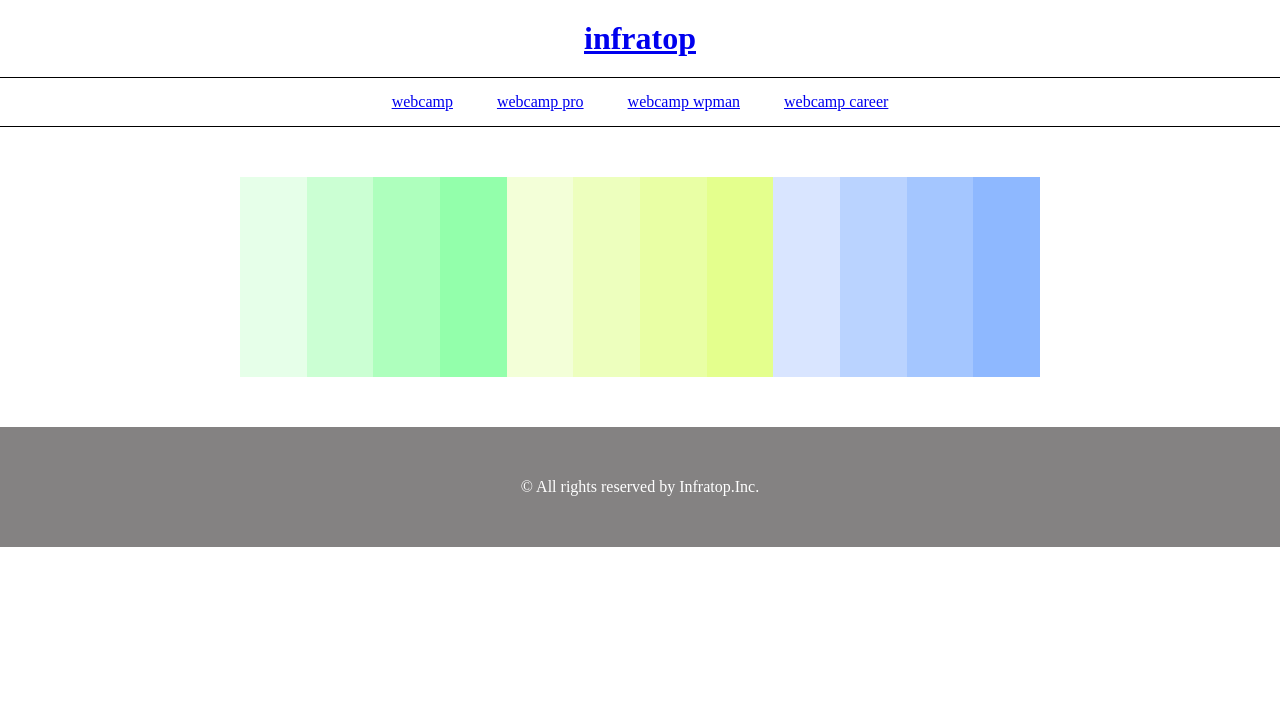
Repository: Y-takumi0/DMMwebcamp
Page: exercise/chapter5.html
The author's editor kept a record of every edit. The page is drawn from the files as they stood at one moment, then again after the next edit.
The browser window is 1280 px wide. The pictures show the whole page.

Above is the page before.

### exercise/chapter5.html
<!DOCTYPE html>
<!DOCTYPE html>
<html lang="ja">
  <head>
    <meta charset="UTF-8" />
    <link rel="stylesheet" href="chapter5.css" />
    <title>chapter5</title>
  </head>

  <body>
    <header>
      <h1 class="heading">
        <a href="chapter5.html">
          infratop
        </a>
      </h1>
    </header>

    <nav>
      <ul class="nav-list">
        <li class="nav-list-item">
          <a href="chapter5.html">webcamp</a>
        </li>
        <li class="nav-list-item">
          <a href="chapter5.html">webcamp pro</a>
        </li>
        <li class="nav-list-item">
          <a href="chapter5.html">webcamp wpman</a>
        </li>
        <li class="nav-list-item">
          <a href="chapter5.html">webcamp career</a>
        </li>
      </ul>
    </nav>

    <div class="main">
      <div class="square1"></div>
      <div class="square2"></div>
      <div class="square3"></div>
      <div class="square4"></div>
      <div class="square5"></div>
      <div class="square6"></div>
      <div class="square7"></div>
      <div class="square8"></div>
      <div class="square9"></div>
      <div class="square10"></div>
      <div class="square11"></div>
      <div class="square12"></div>
    </div>

    <footer>
      <p class="footer-text">© All rights reserved by Infratop.Inc.</p>    </footer>
  </body>
</html>

### exercise/chapter5.css
* {
  margin: 0;
  padding: 0;
  box-sizing: border-box;
}

header {
  width: 90%;
  padding: 20px 0;
  margin: 0 auto;
  text-align: center;
}

header .header {
  font-size: 32px;
}

.nav-list {
  text-align: center;
  padding: 15px 0;
  margin: 0 auto;
  border-top: 1px solid black;
  border-bottom: 1px solid black;
}

.nav-list-item {
  list-style: none;
  display:  inline-block;
  margin: 0px 20px;
}

.main {
  width: 800px;
  margin: 50px auto;
  display: flex;
  line-height: 200px;
}

.square1 {
  width: 200px;
  height: 200px;
  background-color: #e6ffe9;
}

.square2 {
  width: 200px;
  height: 200px;
  background-color: #cbffd3;
}

.square3 {
  width: 200px;
  height: 200px;
  background-color: #aeffbd;
}

.square4 {
  width: 200px;
  height: 200px;
  background-color: #93ffab;
}

.square5 {
  width: 200px;
  height: 200px;
  background-color: #f3ffd8;
}

.square6 {
  width: 200px;
  height: 200px;
  background-color: #edffbe;
}

.square7 {
  width: 200px;
  height: 200px;
  background-color: #e9ffa5;
}

.square8 {
  width: 200px;
  height: 200px;
  background-color: #e4ff8d;
}

.square9 {
  width: 200px;
  height: 200px;
  background-color: #d9e5ff;
}

.square10 {
  width: 200px;
  height: 200px;
  background-color: #bad3ff;
}

.square11 {
  width: 200px;
  height: 200px;
  background-color: #a4c6ff;
}

.square12 {
  width: 200px;
  height: 200px;
  background-color: #8eb8ff;
}

footer {
  width: 100%; /* 横幅 */
  height: 120px; /* 高さ */
  text-align: center;
  line-height: 120px;
  background-color: #848282;
}

.footer-text {
  color: #fff;
}

After the next edit:
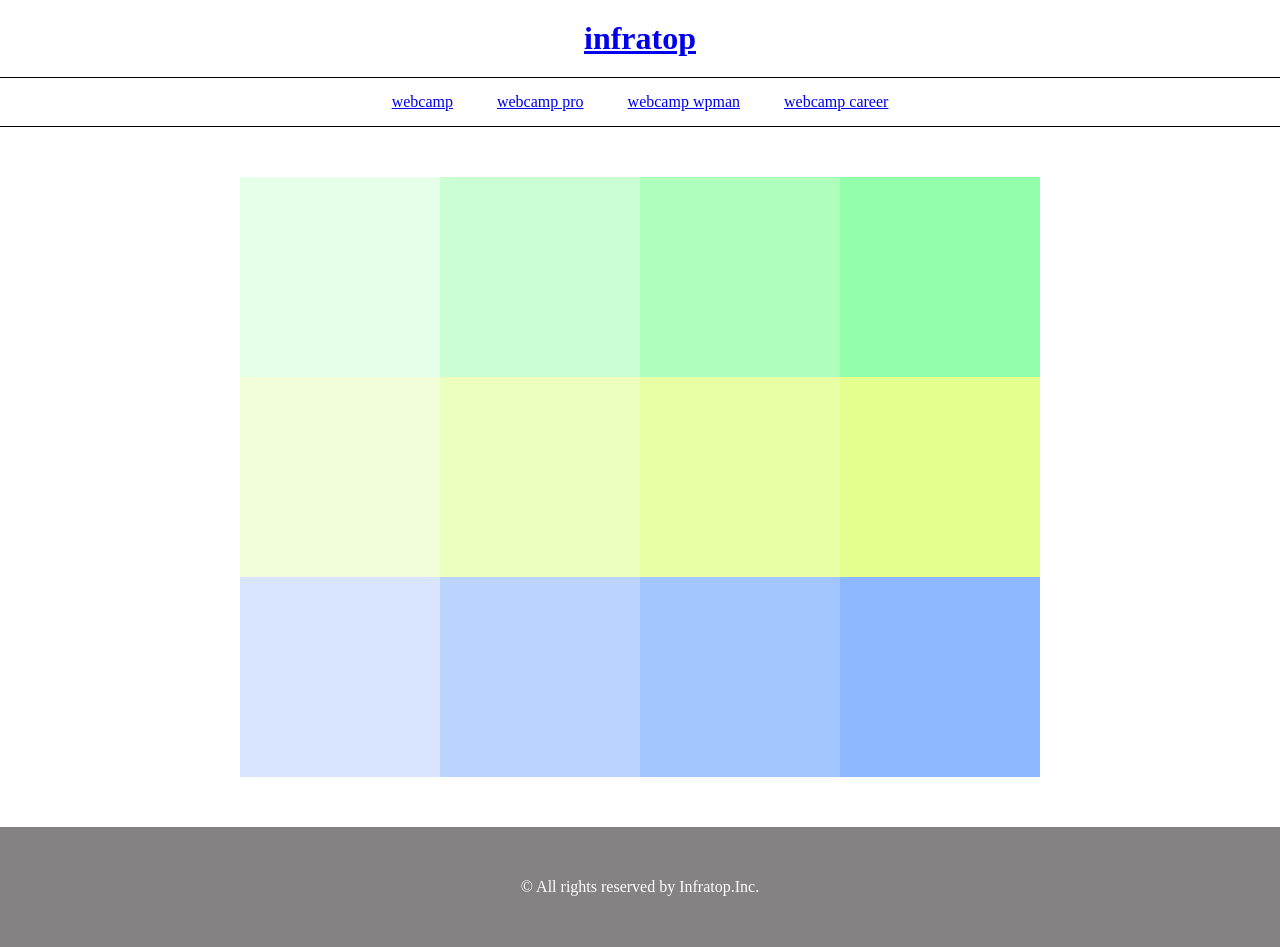
The edit:
--- a/exercise/chapter5.css
+++ b/exercise/chapter5.css
@@ -33,7 +33,7 @@
   width: 800px;
   margin: 50px auto;
   display: flex;
-  line-height: 200px;
+  flex-wrap: wrap;
 }
 
 .square1 {
